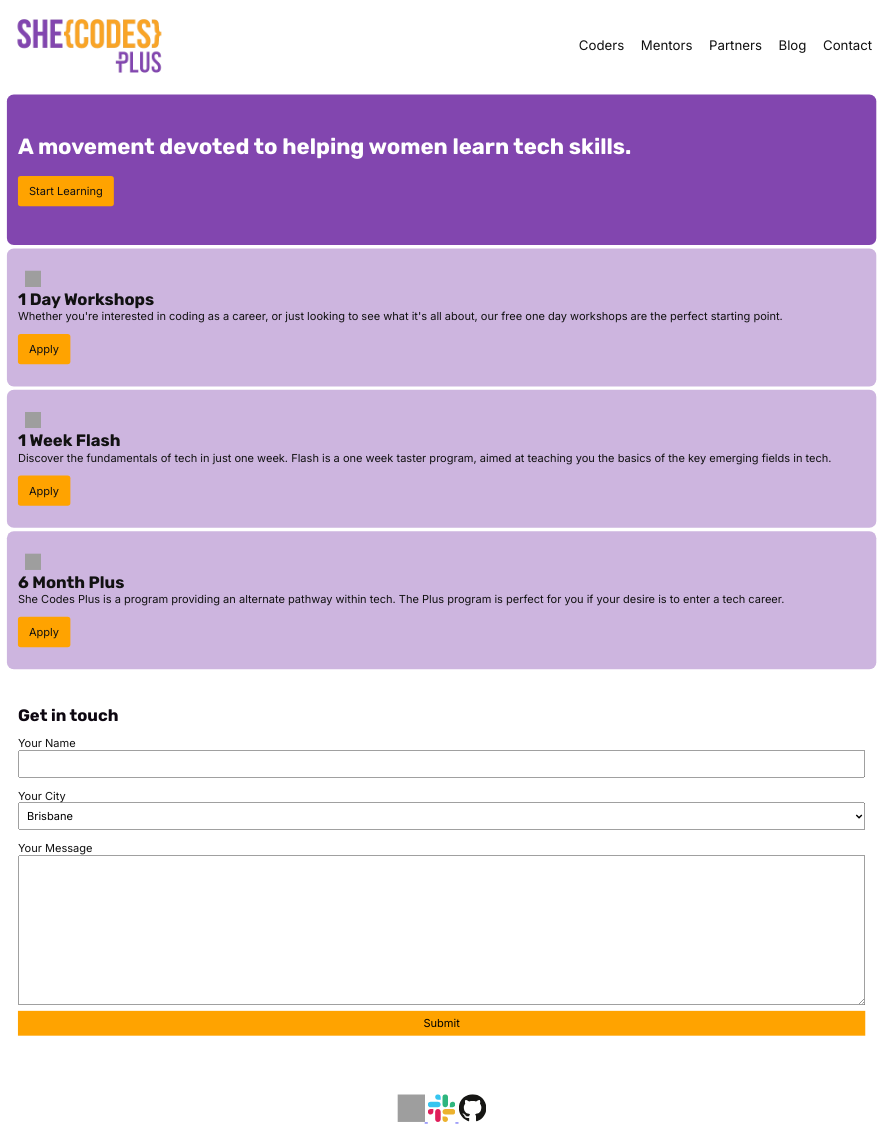
Repository: devashrisamani/website_shecodes_week1
Page: index.html
An editor plug-in stored every save of this project. The page is shown before and after the next save, followed by the edit.
The browser window is 1280 px wide. The pictures show the whole page, at 69% of full size.
Pictures or frames that could not be fetched are drawn as grey boxes.

Above is the page before, as saved 2025-09-20 11:03:35.

### index.html
<!DOCTYPE html>
<html lang="en">
  <head>
    <meta charset="UTF-8" />
    <meta name="viewport" content="width=device-width, initial-scale=1.0" />
    <title>Document</title>
    <link rel="stylesheet" href="style.css" />
  </head>

  <body>
    <header>
      <div class="mobile-header">
        <img src="./img/logo.png" alt="The She Codes Logo" class="logo" />
        <button type="button" class="hamburger-button">
          <img
            class="hamburger-icon"
            src="./img/hamburger.svg"
            alt="Three horizontal lines, positioned one above the other."
          />
        </button>
      </div>
      <nav class="desktop-nav" aria-label="Primary">
        <ul>
          <li>
            <a href="">Coders</a>
          </li>
          <li>
            <a href="">Mentors</a>
          </li>
          <li>
            <a href="">Partners</a>
          </li>
          <li>
            <a href="">Blog</a>
          </li>
          <li>
            <a href="">Contact</a>
          </li>
        </ul>
      </nav>
      <nav class="mobile-nav display-none" aria-label="Primary">
        <ul>
          <li>
            <a href="">Coders</a>
          </li>
          <li>
            <a href="">Mentors</a>
          </li>
          <li>
            <a href="">Partners</a>
          </li>
          <li>
            <a href="">Blog</a>
          </li>
          <li>
            <a href="">Contact</a>
          </li>
        </ul>
      </nav>
    </header>
    <section class="hero">
      <h1>A movement devoted to helping women learn tech skills.</h1>
      <a href="#" class="btn-primary">Start Learning</a>
    </section>
    <section class="articles-container">
      <article>
        <img
          class="icon"
          src="./img/tools.svg"
          alt="A wrench and a screwdriver, lying crossed over one another diagonally"
        />
        <h2>1 Day Workshops</h2>
        <p>
          Whether you're interested in coding as a career, or just looking to
          see what it's all about, our free one day workshops are the perfect
          starting point.
        </p>
        <a href="#" class="btn-primary">Apply</a>
      </article>
      <article>
        <img
          class="icon"
          src="./img/lightning.svg"
          alt="A jagged lightning bolt, thick at the top and sharp at the bottom"
        />
        <h2>1 Week Flash</h2>
        <p>
          Discover the fundamentals of tech in just one week. Flash is a one
          week taster program, aimed at teaching you the basics of the key
          emerging fields in tech.
        </p>
        <a href="#" class="btn-primary">Apply</a>
      </article>
      <article>
        <img
          class="icon"
          src="./img/plus.svg"
          alt="A plus sign formed by a horizontal line intersecting a vertical line"
        />
        <h2>6 Month Plus</h2>
        <p>
          She Codes Plus is a program providing an alternate pathway within
          tech. The Plus program is perfect for you if your desire is to enter a
          tech career.
        </p>
        <a href="#" class="btn-primary">Apply</a>
      </article>
    </section>
    <section class="contact-form">
      <h2>Get in touch</h2>
      <form>
        <label for="your-name">Your Name</label>
        <input type="text" id="your-name" />
        <label for="city">Your City</label>
        <select name="city-selection" id="city">
          <option value="Brisbane">Brisbane</option>
          <option value="Perth">Perth</option>
          <option value="Moon">The Moon</option>
        </select>
        <label for="message">Your Message</label>
        <textarea name="message-text" id="message" rows="10"></textarea>
        <input type="submit" value="Submit" />
      </form>
    </section>
    <footer>
      <a
        href="https://www.instagram.com/shecodesaus/"
        title="@shecodesaus on Instagram"
      >
        <img
          class="socials-icon"
          src="./img/instagram.svg"
          alt="The Instagram logo: a rounded square camera with a purple-orange gradient filling the lines"
        />
      </a>
      <a
        href="https://join.slack.com/t/shecodesaus/shared_invite/enQtNzQ3ODk1OTQzODc3LTQ2ZWFmNzM0NjE1MjA0NTI3YjJkMWMyYWVjMDU3ZThhODJmMTk4YmRjZGMzZDRhZDBhODQwNzdlYmJhNDg1YjE"
      >
        <img
          class="socials-icon"
          src="./img/slack.svg"
          alt="The Slack logo: a colourful deconstructed hashtag"
        />
      </a>
      <a href="https://github.com/SheCodesAus/">
        <img
          class="socials-icon"
          src="./img/github.svg"
          alt="The Github logo: a black circle with the silhouette of a white cat, with one tentacle arm"
        />
      </a>
    </footer>
  </body>
</html>

### style.css
/* Base HTML Styles */
/* Always style in the increments of 4 for margin, padding and border*/
@import url("https://fonts.googleapis.com/css2?family=Inter&family=Rubik:ital,wght@0,400;0,700;1,400&display=swap");
:root {
  --brand: #8246af;
  --action: #ffa300;
  --white: #ffffff;
  --base-light: #cdb5df;
  --base-dark: #0d0711;
  --black: #111111;
}

/* CSS Reset */

html {
  box-sizing: border-box;
  font-size: 16px; /*1rem = 16px*/
  font-family: "Inter", sans-serif;
  color: var(--black);
  scroll-behavior: smooth;
}

*,
*:before,
*:after {
  box-sizing: inherit;
}

h1,
h2,
h3,
h4,
h5,
h6 {
  font-family: "Rubik", sans-serif;
}

body,
h1,
h2,
h3,
h4,
h5,
h6,
p,
ol,
ul {
  margin: 0;
  padding: 0;
}

ol,
ul {
  list-style: none;
}

/* Max-width: max width of the image is 100% in whichever container it is */
img {
  max-width: 100%;
  height: auto;
}

input,
button,
textarea,
select {
  font: inherit;
}

/* Utilities */
.display-none {
  display: none;
}

/* Components */

/* btn-primary */
.btn-primary {
  padding: 12px 16px;
  display: inline-block;
  text-decoration: none;
  color: var(--black);
  border-radius: 4px;
  background-color: var(--action);
  transition: all 0.3s ease;
}

.btn-primary:hover {
  box-shadow: 10px 5px 5px rgba(0, 0, 0, 0.2);
  transform: translateY(-4px);
}

.btn-primary:hover {
  box-shadow: 10px 5px 5px rgba(0, 0, 0, 0.2);
  transform: translateY(-4px);
}

/* header */
header .mobile-header {
  padding: 16px;
  display: flex;
  align-items: center;
  justify-content: space-between;
}

header button {
  all: unset;
}

@media (min-width: 768px) {
  header {
    display: flex;
    justify-content: space-between;
    align-items: center;
  }

  header nav ul {
    display: flex;
    gap: 24px;
    margin-right: 16px;
  }

  header .mobile-header .hamburger-icon {
    display: none;
  }
}

/* .logo */
.logo {
  height: 50px;
}

@media (min-width: 768px) {
  .logo {
    height: 100px;
  }
}

/* .mobile-nav */
.mobile-nav a {
  text-decoration: none;
  color: var(--black);
  display: block;
  padding: 4px 16px;
}

/* .desktop-nav */
.desktop-nav {
  display: none;
}

/* Desktop nav media query */
@media (min-width: 768px) {
  .desktop-nav a {
    text-decoration: none;
    font-size: larger;
    color: var(--black);
  }

  .desktop-nav {
    display: inline-block;
  }
}

/* .hamburger-icon  */
.hamburger-icon {
  height: 50px;
}

/* .hero */
.hero {
  background-color: var(--brand);
  padding: 56px 16px;
  border-radius: 10px;
  margin: 5px 10px;
}

.hero h1 {
  font-size: 2rem;
  margin-bottom: 24px;
  color: var(--white);
}

.hero .hero-accent {
  color: var(--action);
}

article {
  padding: 32px 16px;
  background-color: var(--base-light);
  border-radius: 10px;
  margin: 5px 10px;
  transition: all 0.3s ease;
}

article:hover {
  filter: contrast(150%);
}

article .icon {
  height: 24px;
  width: 24px;
  margin-left: 10px;
  margin-right: 10px;
}

article .article-heading h2 {
  margin-bottom: 16px;
  color: var(--base-dark);
}

article p {
  margin-bottom: 16px;
}

/* Contact Form */
.contact-form {
  padding: 48px 16px;
  border-radius: 10px;
  margin: 5px 10px;
}

.contact-form input,
.contact-form select {
  display: block;
  width: 100%;
  padding: 8px;
  margin-bottom: 16px;
}

.contact-form textarea {
  display: block;
  width: 100%;
  padding: 8px;
}

.contact-form label {
  display: block;
  width: 100%;
}

.contact-form h2 {
  color: var(--base-dark);
  margin-bottom: 16px;
}

.contact-form input[type="submit"] {
  background-color: var(--action);
  border: 0;
  margin-top: 8px;
  cursor: pointer;
}

/* footer */
footer {
  padding: 16px;
  text-align: center;
}

.socials-icon {
  width: 40px;
  height: 40px;
}

After the next save:
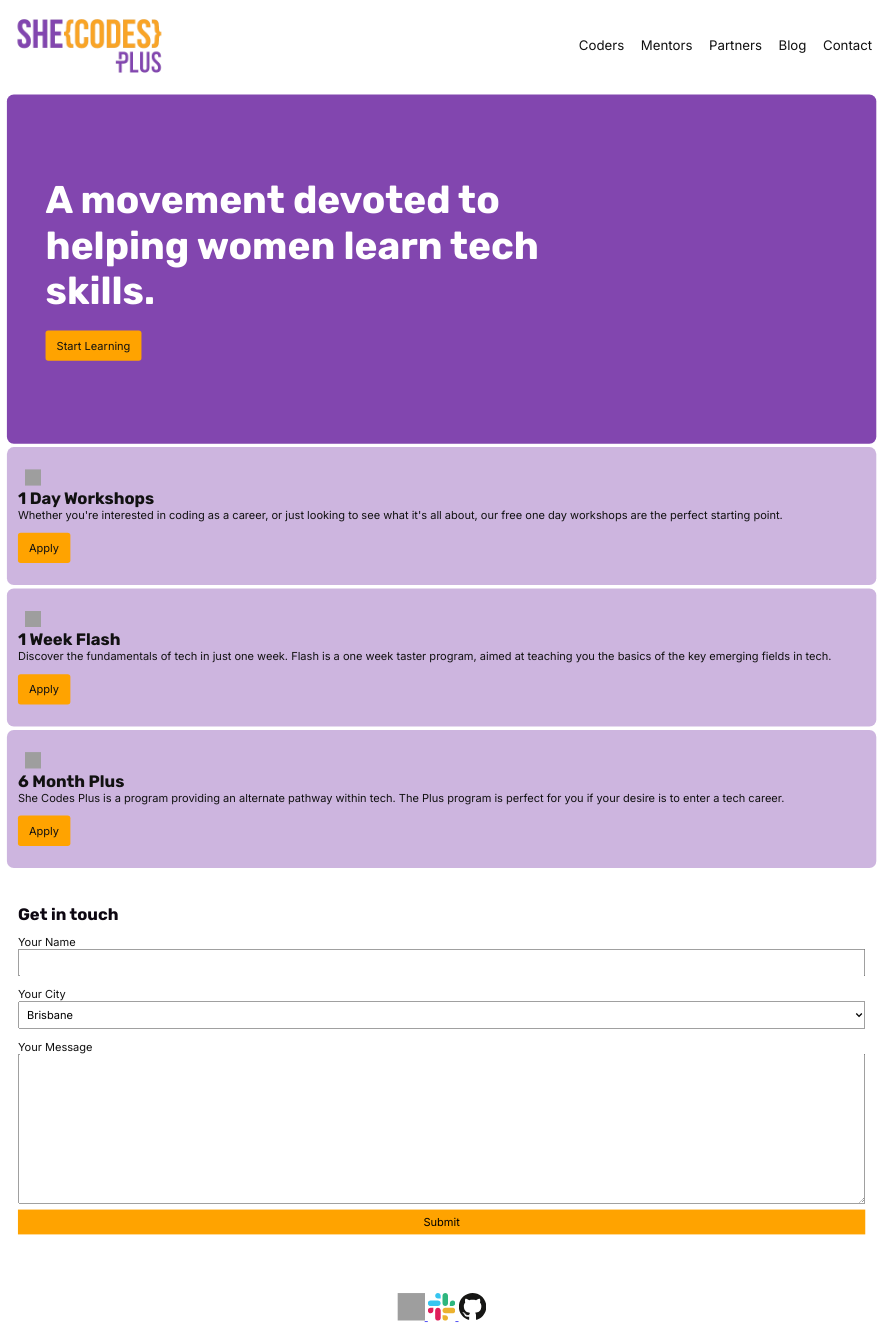
Saved 11 min 4 s later.
--- a/style.css
+++ b/style.css
@@ -185,6 +185,17 @@
   color: var(--action);
 }
 
+@media (min-width: 768px) {
+  .hero {
+    padding: 120px 56px;
+  }
+
+  .hero h1 {
+    font-size: 3.5rem;
+    max-width: 70%;
+  }
+}
+
 article {
   padding: 32px 16px;
   background-color: var(--base-light);
